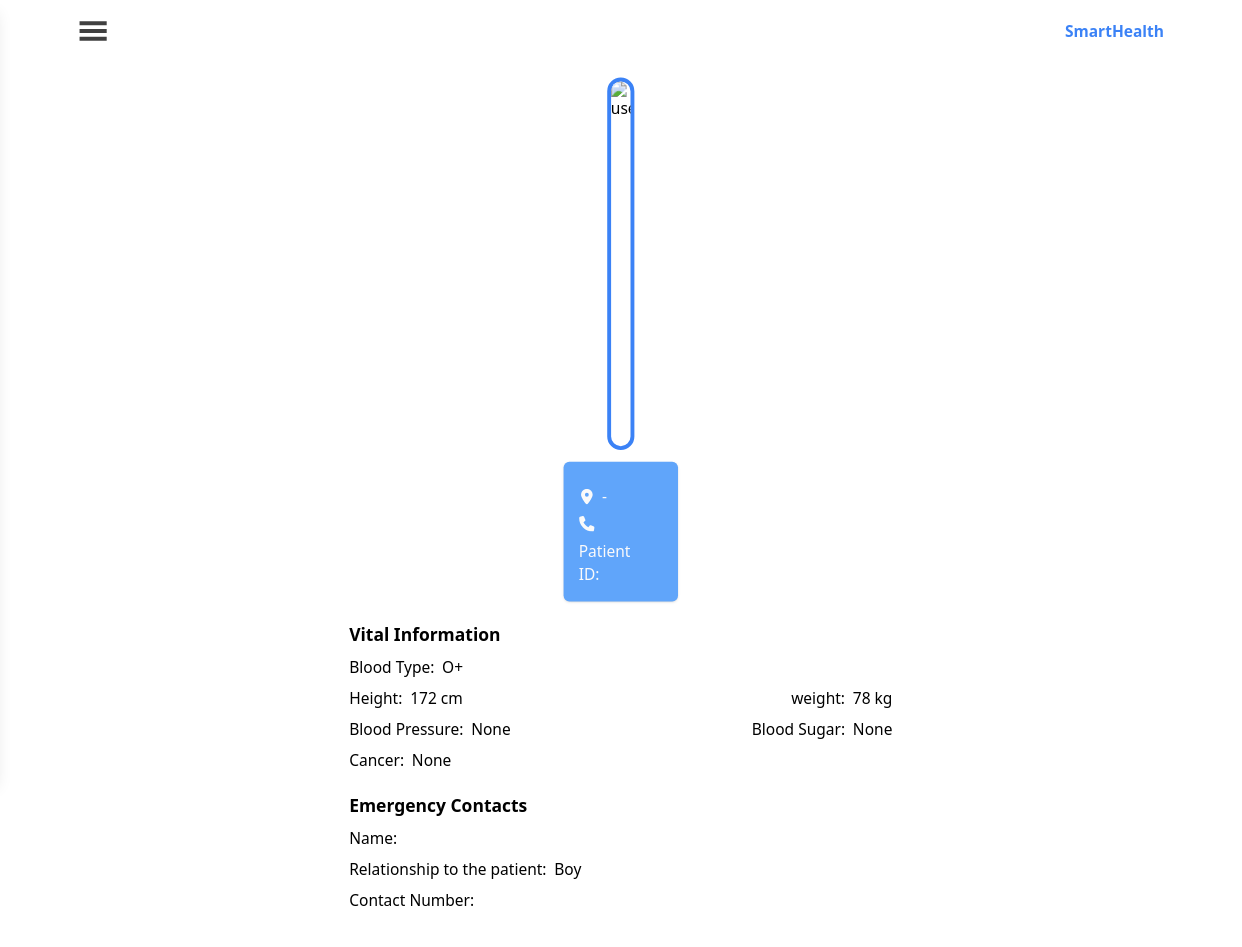
Repository: Sanaa00/HI-user
Page: /home
The author's editor kept a copy of each file at every save. The page is drawn from the files as they stood at one save, then again after the next save.
The browser window is 1280 px wide. The pictures show the whole page, at 97% of full size.
The page's requests for data from a server got no answer. The project was rebuilt for these pictures with package versions that can differ from the ones it lists, and the page was loaded fresh each time. No one was signed in, and anything a server would have sent is missing. Also part of the build but not shown: vite.config.js, src/App.css, src/Components/Pagination.jsx, src/Pages/Prescription.jsx, src/Components/modalComponent.jsx, src/Pages/Laboratory.jsx, src/Pages/Radiographic.jsx, src/Components/InputField.jsx and 2 more.

Above is the page before, as saved 2024-01-12 20:53:28.

After the next save:
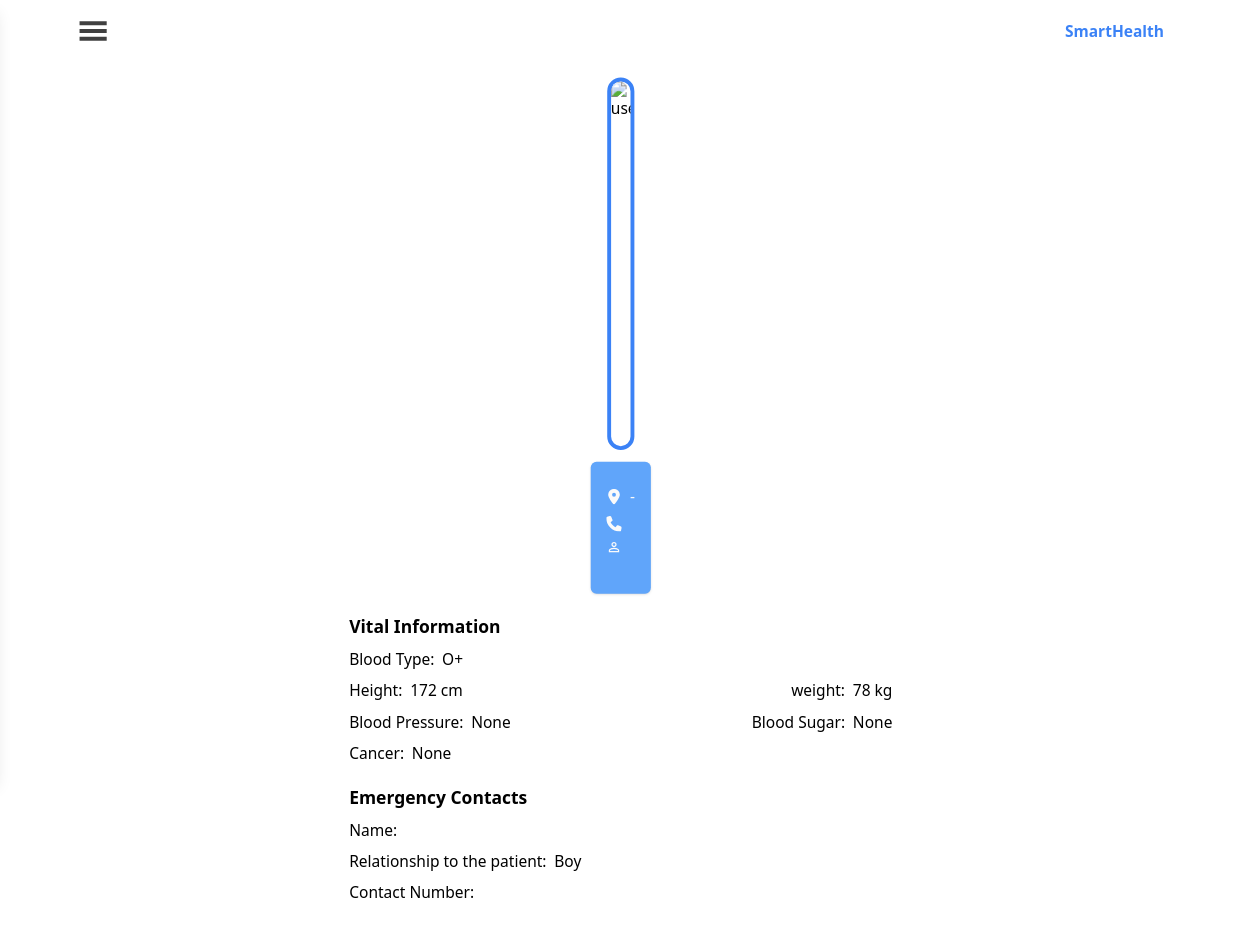
Saved 2 min 4 s later.
--- a/src/Pages/Home.jsx
+++ b/src/Pages/Home.jsx
@@ -1,6 +1,7 @@
 import { useEffect, useState } from 'react';
 import { supabase } from '../supabaseClient';
 import { FaLocationDot, FaPhone } from 'react-icons/fa6';
+import { MdPermIdentity } from 'react-icons/md';
 function Home() {
   const [data, setData] = useState([]);
 
@@ -73,7 +74,9 @@ function Home() {
         <div className="mt-2 flex justify-between items-center lg:w-1/2">
           <span>
             {' '}
-            <span>Patient ID:</span>
+            <span>
+              <MdPermIdentity />
+            </span>
             <span className="ml-2">{data.id}</span>
           </span>{' '}
         </div>
